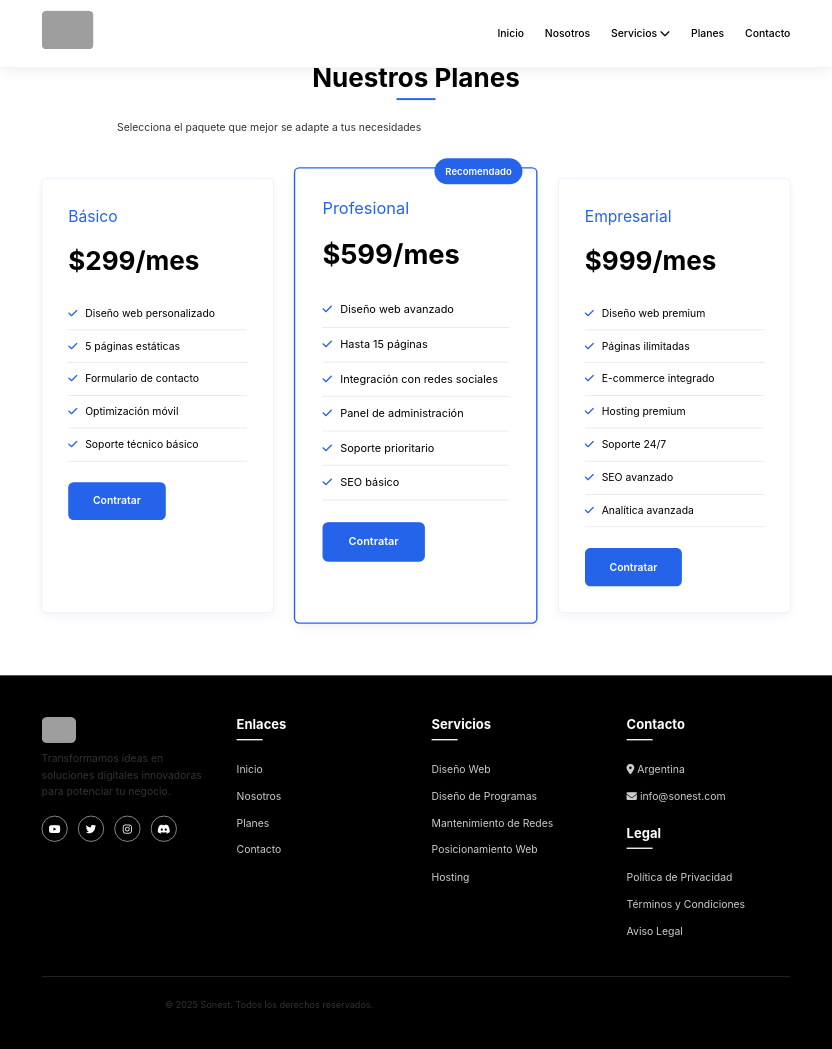
Repository: FabriDevelope/sonest
Page: planes.html
These files come from the project's save history. The page is drawn as it stood at one moment and after the next save; the edit follows.
The browser window is 1280 px wide. The pictures show the whole page, at 65% of full size.
Pictures or frames that could not be fetched are drawn as grey boxes.

Above is the page before, as saved 2025-08-03 02:50:13.

After the next save:
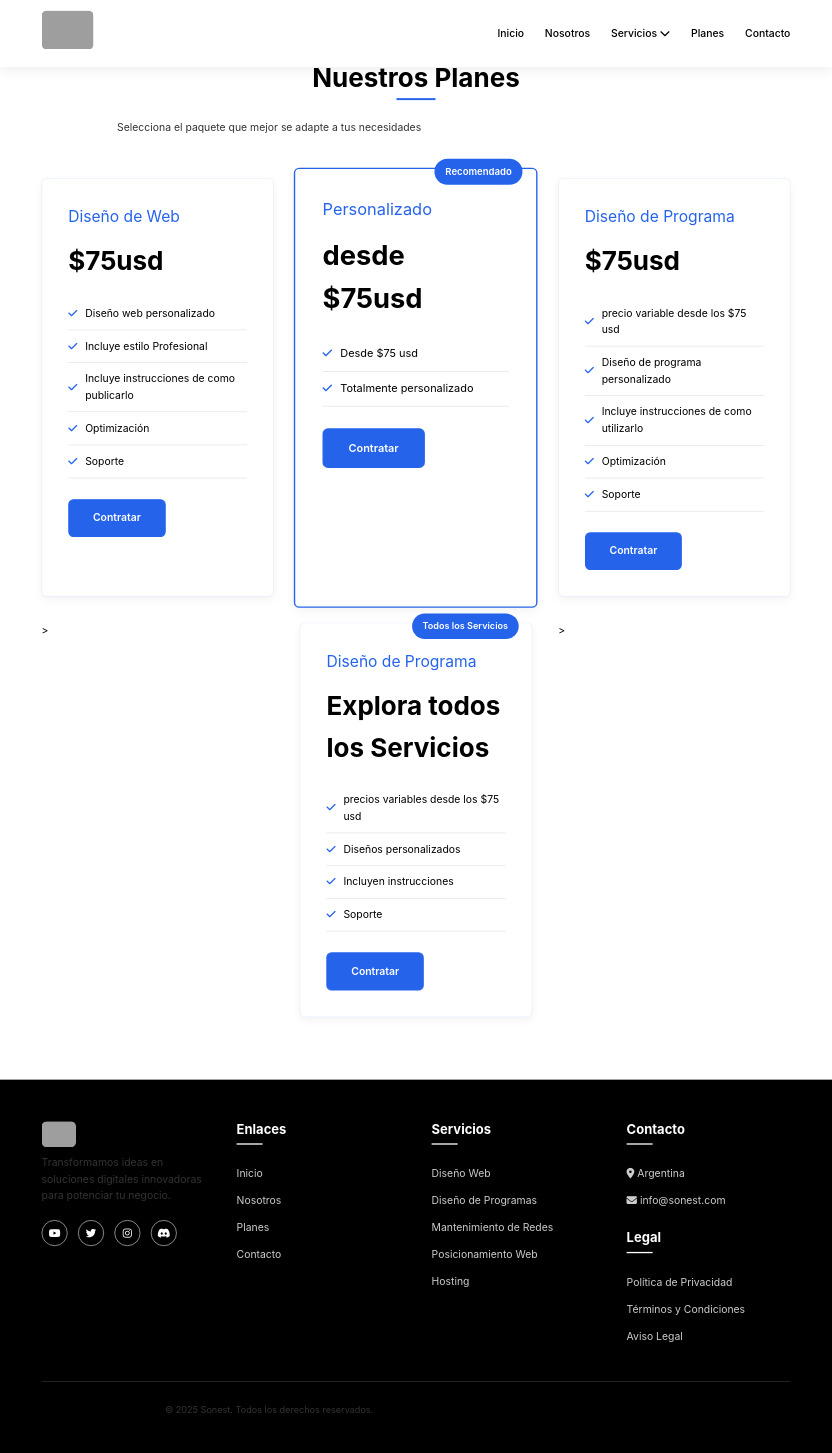
Saved 7 min 24 s later.
--- a/planes.html
+++ b/planes.html
@@ -126,47 +126,54 @@
 
                 <div class="plans-grid">
                     <div class="plan-card fade-in">
-                        <div class="plan-name">Básico</div>
-                        <div class="plan-price">$299<span>/mes</span></div>
+                        <div class="plan-name">Diseño de Web</div>
+                        <div class="plan-price">$75<span>usd</span></div>
                         <ul class="plan-features">
                             <li>Diseño web personalizado</li>
-                            <li>5 páginas estáticas</li>
-                            <li>Formulario de contacto</li>
-                            <li>Optimización móvil</li>
-                            <li>Soporte técnico básico</li>
-                        </ul>
-                        <a href="contacto.html" class="btn">Contratar</a>
+                            <li>Incluye estilo Profesional</li>
+                            <li>Incluye instrucciones de como publicarlo</li>
+                            <li>Optimización</li>
+                            <li>Soporte</li>
+                        </ul>
+                        <a href="pago.html" class="btn">Contratar</a>
                     </div>
 
                     <div class="plan-card featured fade-in">
                         <div class="feature-badge">Recomendado</div>
-                        <div class="plan-name">Profesional</div>
-                        <div class="plan-price">$599<span>/mes</span></div>
-                        <ul class="plan-features">
-                            <li>Diseño web avanzado</li>
-                            <li>Hasta 15 páginas</li>
-                            <li>Integración con redes sociales</li>
-                            <li>Panel de administración</li>
-                            <li>Soporte prioritario</li>
-                            <li>SEO básico</li>
-                        </ul>
-                        <a href="contacto.html" class="btn">Contratar</a>
+                        <div class="plan-name">Personalizado</div>
+                        <div class="plan-price">desde $75<span>usd</span></div>
+                        <ul class="plan-features">
+                            <li>Desde $75 usd</li>
+                            <li>Totalmente personalizado</li>
+                        </ul>
+                        <a href="pago.html" class="btn">Contratar</a>
                     </div>
 
                     <div class="plan-card fade-in">
-                        <div class="plan-name">Empresarial</div>
-                        <div class="plan-price">$999<span>/mes</span></div>
-                        <ul class="plan-features">
-                            <li>Diseño web premium</li>
-                            <li>Páginas ilimitadas</li>
-                            <li>E-commerce integrado</li>
-                            <li>Hosting premium</li>
-                            <li>Soporte 24/7</li>
-                            <li>SEO avanzado</li>
-                            <li>Analítica avanzada</li>
-                        </ul>
-                        <a href="contacto.html" class="btn">Contratar</a>
-                    </div>
+                        <div class="plan-name">Diseño de Programa</div>
+                        <div class="plan-price">$75<span>usd</span></div>
+                        <ul class="plan-features">
+                            <li>precio variable desde los $75 usd</li>
+                            <li>Diseño de programa personalizado</li>
+                            <li>Incluye instrucciones de como utilizarlo</li>
+                            <li>Optimización</li>
+                            <li>Soporte</li>
+                        </ul>
+                        <a href="pago.html" class="btn">Contratar</a>
+                    </div>>
+
+                    <div class="plan-card fade-in">
+                        <div class="plan-name">Diseño de Programa</div>
+                        <div class="feature-badge">Todos los Servicios</div>
+                        <div class="plan-price">Explora todos los Servicios</div>
+                        <ul class="plan-features">
+                            <li>precios variables desde los $75 usd</li>
+                            <li>Diseños personalizados</li>
+                            <li>Incluyen instrucciones</li>
+                            <li>Soporte</li>
+                        </ul>
+                        <a href="pago.html" class="btn">Contratar</a>
+                    </div>>
                 </div>
             </div>
         </section>
